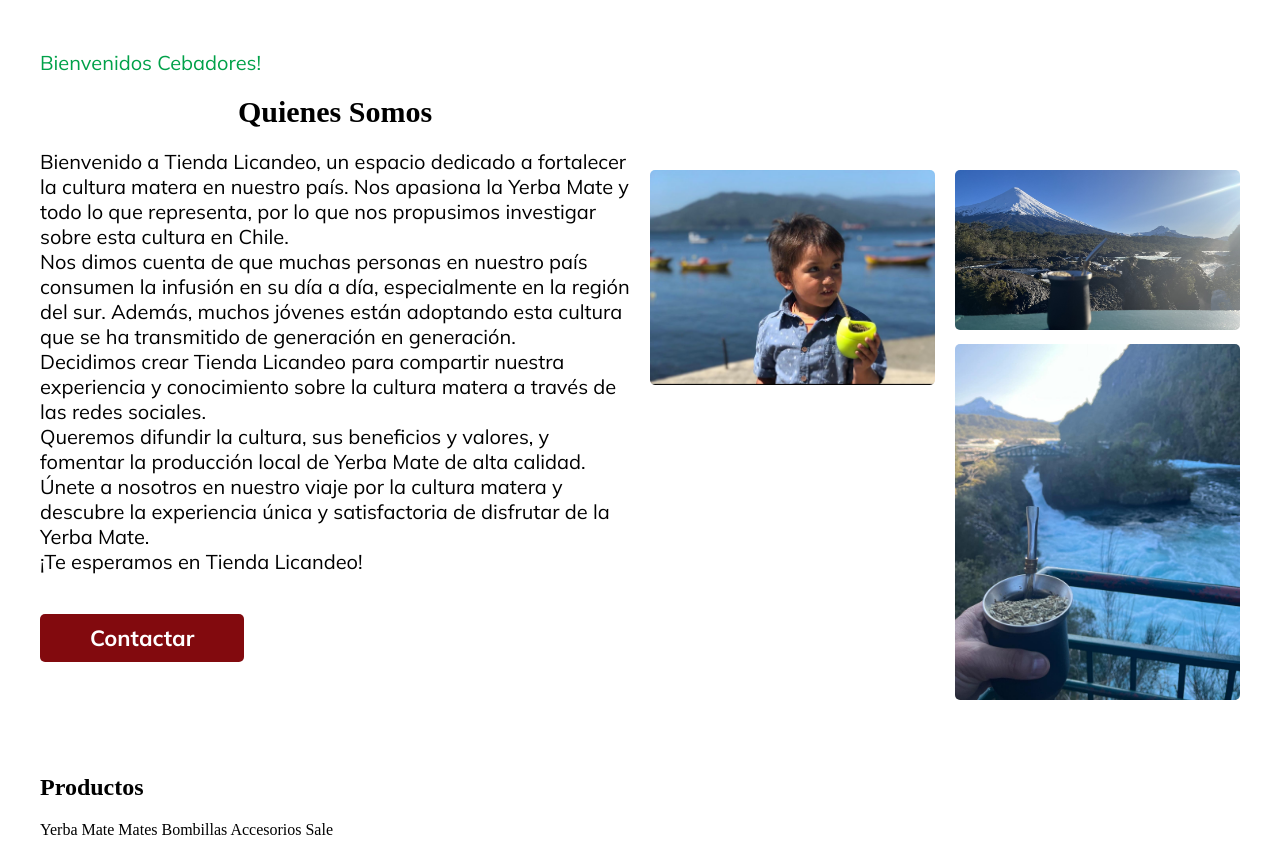
Repository: PiaTrujillo/LICANDEO-main
Page: index.html
An editor plug-in stored every save of this project. The page is shown before and after the next save, followed by the edit.
The browser window is 1280 px wide. The pictures show the part of the page from y = 748 to 1597 px (the page is 1597 px tall).
A picture or video elsewhere on the page could not be fetched, so the positions and the page height are approximate. Some web fonts or font styles are not loaded; a fallback is used. Some web libraries are served in a nearby version.

Above is the page before, as saved 2023-05-09 18:34:09.

### index.html
<!DOCTYPE html>
<html lang="es">
  <head>
    <meta charset="utf-8" />
    <meta name="viewport" content="width=device-width, initial-scale=1.0" />
    <meta http-equiv="X-UA-Compatible" content="ie=edge" />
    <title>Tienda Licandeo</title>
    <script
      src="https://kit.fontawesome.com/283335a286.js"
      crossorigin="anonymous"
    ></script>
    <!--esta informacion es para el estilo de las letras estan en google font -->
    <link rel="preconnect" href="https://fonts.googleapis.com" />
    <link rel="preconnect" href="https://fonts.gstatic.com" crossorigin />
    <link
      href="https://fonts.googleapis.com/css2?family=Arima+Madurai:wght@700&family=Mulish:wght@400;700&display=swap"
      rel="stylesheet"
    />
    <link rel="stylesheet" href="css/normalize.css" />
    <link rel="stylesheet" href="css/estilos.css" />
  </head>
  <body>
    <!--Lo sigueinte es el menu superior donde se establece el Logo y la navegacion-->
    <header class="encabezado">
      <div class="contenedor-navegacion">
        <!-- El Contenido-Navegacion es el padre de Logo y el menu de navegacion -->
        <div class="contenido-navegacion contenedor">
          <div class="logo">
            <!--colores a Licandeo-->
            <h2>
              Tienda <span class="">Li</span><span>can</span
              ><span class="">deo</span>
            </h2>
          </div>
          <nav class="navegacion ocultar">
            <a href="#">Inicio</a>
            <a href="#">Sobre Nosotros</a>
            <a href="#">Tienda</a>
            <a href="#">Ofertas</a>
            <a href="#">Tips Materos</a>
          </nav>
          <!--Se crea el menu desplegable-->
          <div class="hamburguesa"><span></span><span></span><span></span></div>
        </div>
      </div>
      <div class="contenido-header">
        <div class="contenedor-encabezado">
          <div class="texto-encabezado">
            <h2>Tienda Licandeo</h2>
            <a href="#" class="btn bordes">Un Mate</a>
          </div>
          <video autoplay loop muted>
            <source src="/videos/1portada.mp4" />
          </video>
        </div>
      </div>
    </header>
    <!--Diseño de la seccion web-->
    <div class="contenedor-nosotros contenedor">
      <div class="texto-nosotros">
        <p class="bienvenida">Bienvenidos Cebadores!</p>
        <h1>Quienes Somos</h1>
        <p>
          Bienvenido a Tienda Licandeo, un espacio dedicado a fortalecer la
          cultura matera en nuestro país. Nos apasiona la Yerba Mate y todo lo
          que representa, por lo que nos propusimos investigar sobre esta
          cultura en Chile. <br />
          Nos dimos cuenta de que muchas personas en nuestro país consumen la
          infusión en su día a día, especialmente en la región del sur. Además,
          muchos jóvenes están adoptando esta cultura que se ha transmitido de
          generación en generación. <br />
          Decidimos crear Tienda Licandeo para compartir nuestra experiencia y
          conocimiento sobre la cultura matera a través de las redes sociales.
          <br />
          Queremos difundir la cultura, sus beneficios y valores, y fomentar la
          producción local de Yerba Mate de alta calidad. <br />
          Únete a nosotros en nuestro viaje por la cultura matera y descubre la
          experiencia única y satisfactoria de disfrutar de la Yerba Mate.
          <br />
          ¡Te esperamos en Tienda Licandeo!
        </p>
        <a href="#" class="btn btn-rojo">Contactar</a>
      </div>
      <!-- Imagenes  -->
      <div class="imagenes-nosotros">
        <div class="imagen1">
          <img data-src="/imag/imagen1.JPG" alt="Mate frutillar" />
        </div>
        <div class="imagenes2">
          <img data-src="/imag/imagen2.JPG" alt="Mate salto del petrohue" />
          <img data-src="/imag/imagen3.JPG" alt="Mate concepcion" />
        </div>
      </div>
    </div>
    <!-- Menu para los productos -->
    <section class="menu contenedor">
      <!-- Titulo -->
      <h2>Productos</h2>
      <!-- Botones de productos -->
      <div class="botones-productos">
        <buton class="yerba mate">Yerba Mate</buton>
        <buton class="mates">Mates</buton>
        <buton class="bombillas">Bombillas</buton>
        <buton class="accesorios">Accesorios</buton>
        <buton class="sale">Sale</buton>
      </div>
    </section>
    <!--Se enlaza Js con Css-->
    <script src="js/app.js"></script>
  </body>
</html>

### css/estilos.css
:root{
    --azul: #0021f5;
    --verde:#00A149;
    --blanco:#fff;
    --rojo:#820a0e;
    --oscuro:#000;
    --titulos:'Arima Madurai',cursive;
    --parrafos:'Mulish', sans-serif;
}
/* Valor calculado de un contenedro padre  */
html{
    box-sizing: border-box;
    /*1rem = 10px*/
    font-size: 62.5%;
}
body{
    font-size: 1.6rem;
    overflow-x: hidden;
}

*,*::after, *::before{
    box-sizing: inherit;
}
/*        Globales              */
.contenedor{
    max-width: 120rem;
    margin: 0 auto;
    width: 95%;
}
/* fuentes para los titulo y parrafos*/
h1,h2{
    font-family: var(--titulos);
}
h3, p, a{
    font-family: var(--parrafos);
}
/* ubicacion de las imegenes */
img{
    max-width: 100%;
}
/*Estos colores se agregan al titulo con span */
.azul{
    color: var(--azul);
}
.rojo{
    color: var(--rojo);
}
.verde{
    color: var(--verde);
}
/*Que se oculte el menu*/
.ocultar{
    display: none;
    color: var(--blanco);
}
/* Color y estilos de la X */
.btn-cerrar{
    font-size: 3rem;
    font-weight: bold;
    color: var(--blanco);
    position: absolute;
    top: 0;
    right: 50px;
    user-select: none;
}
/*Al posicionar el puntero en la X aparece la mano */
.btn-cerrar:hover{
    cursor: pointer;
}
/* Para el texto Un mate que se encuentra sobre del video */
.btn{
    text-decoration: none;
    color: var(--blanco);
    font-size: 2rem;
    text-transform: capitalize;
    padding: 1rem 5rem;
    border-radius: 5px;
    transition: all .3s ease-in-out;
}
/* para moviles el texto */
@media(min-width:768px){
    .btn{
        font-size: 2.2rem;
    }
}
/* Se agrega el borde a el texto Un Mate */
.bordes{
    border: 3px solid var(--blanco);
}
@media(min-width: 768px) {
    .bordes{
        border: 4px solid var(--blanco);
    }
}
.bordes:hover{
    color: var(--verde);
    background-color: var(--blanco);
}
/* Boton abajo del texto */
.btn-rojo{
    background-color: var(--rojo);
    font-weight: bold;
    display: inline-block;
    margin-top: 2rem;
    margin-bottom: 2rem;
}
/* como se sopreponer los elementos */
.pantalla-completa{
    position: absolute;
    top: 0;
    left: 0;
    bottom: 0;
    right: 0;
    background-color: rgba(0,0,0,.5);
    z-index: 4;
}
@keyframes desplazamiento {
    0%{
        transform: translateX(100%);
    }

    100%{
        transform:translateX(0);
    }
}
/*Encabezado*/
/*color de contenedor de logo y menu*/
.contenedor-navegacion{
    background-color: var(--oscuro);
    position: relative;
    z-index: 5;
}
.contenido-navegacion{
    display: flex;
    align-items: center;
    justify-content: space-between;
}
/*color para el logo y el menu*/
.logo h2, .navegacion a {
    color: var(--blanco);
}
.logo h2{
    font-size: 3rem;
}
/* quitar las lineas ubicadas abajo del menu de navegacion*/
/* Estilos de movil*/
.navegacion a{
    text-decoration: none;
    font-size: 2.2rem;
    padding: 1.5rem;
    padding-left: 4rem;
    /* para el menu de navegacion se vea de modo vertical*/
    display: block;
    /* transicion del menu de naveghacion */
    transition: color .3s ease-in-out;
    text-align: center;
}
@media(min-width: 768px) {
    .navegacion a{
        text-align: left;
    }
}
/* colores de las letras pares e impares del menu de navegacion */
.navegacion a:nth-child(even):hover{
    color: var(--verde);
}
.navegacion a:nth-child(odd):hover{
    color: var(--verde);
}
.navegacion a:first-of-type{
    margin-top: 5rem;
}
/* para que el menu de navegacion se posicione al costado derecho*/
.navegacion{
    position: absolute;
    top: 0;
    right: 0;
    bottom: 0;
    height: 100vh;
    width: 40rem;
    padding: 3rem 4rem;
    background-color: var(--oscuro);
    animation: desplazamiento .5s ease-in-out;
}
/*Al posicionarse en el menu hamburguesa aparezca la mano */
.hamburguesa:hover{
    cursor: pointer;
}
/*Menu desplegable ubicado en index*/
.hamburguesa span{
    background-color: var(--blanco);
    display: block;
    width: 5rem;
    height: .5rem;
    margin-bottom: .5rem;
    animation: desplazamiento .5s ease-in-out;
}
/* Video */
.contenido-header{
    position: relative;
}
.contenido-header::before{
    content: '';
    position: absolute;
    top:0;
    left: 0;
    right: 0;
    bottom: 0;
    background-color: rgba(0,0,0,.5);
}
/* posicionar texto al medio del video */
.texto-encabezado{
    position: absolute;
    z-index: 2;
    width: 100%;
    height: 80%;
    display: flex;
    flex-direction: column;
    /* se alinea al centro del video el texto */
    align-items: center;
    justify-content: center;
}
.texto-encabezado h2{
    color: var(--blanco);
    font-size: 4rem;
}
/* respons para movil */
@media(min-width: 768px) {
    .texto-encabezado h2{
        font-size: 8rem;
    }
}
video{
    width: 100%;
    height: 100%;
}
/* Imagenes */
.contenedor-nosotros{
    padding-top: 5rem;
}
@media(min-width: 768px) {
    .contenedor-nosotros{
        display: flex;
        justify-content: space-between;
    }
}
.texto-nosotros, .imagenes-nosotros{
    flex: 0 0 calc(50% - 1rem) ;
}
/* Texto de las imagenes */
.texto-nosotros .bienvenida{
    font-size: 2rem;
    color: var(--verde);
    text-align: center;
}
@media(min-width: 768px) {
    .texto-nosotros .bienvenida{
        text-align: left;
    }
}
.texto-nosotros h1{
    font-size: 3rem;
    text-align: center;
}
}
@media(min-width: 768px) {
    .texto-nosotros h1{
        text-align: left;
    }
}
.texto-nosotros p{
    font-size: 2rem;
    text-align: center;
}
@media(min-width: 768px) {
    .texto-nosotros p{
        text-align: left;
    }
}
.imagenes-nosotros{
    display: flex;
    justify-content: space-between;
}
.imagen1, .imagenes2{
    flex: 0 0 calc(50% - 1rem);
}
.imagenes-nosotros img{
    border-radius: 5px;
}

.imagenes2 img{
    margin-bottom: 1rem;
}

### js/app.js
//para que el menu desaparezca//
const menu = document.querySelector('.hamburguesa');
const navegacion = document.querySelector('.navegacion');
const imagenes = document.querySelectorAll('img');

document.addEventListener('DOMContentLoaded', ()=>{
    eventos();
});

const eventos = () =>{
    menu.addEventListener('click',abrirMenu);
}
//esta funcion realiza que al momento de dar click al menu de hamburguesa se habilite el menu//
const abrirMenu = () =>{
    navegacion.classList.remove('ocultar');
    botonCerrar();
}
//Esta funciones es para que el menu de navegacion se cierre/
const botonCerrar = () =>{
    //Metodo para colocar una X al menu de navegacion//
    const btnCerrar = document.createElement('p');
    const overlay = document.createElement('div');
    overlay.classList.add('pantalla-completa');
    const body = document.querySelector('body');
    if(document.querySelectorAll('.pantalla-completa').length > 0) return;
    body.appendChild(overlay);
    btnCerrar.textContent = 'x';
    btnCerrar.classList.add('btn-cerrar');

    // while(navegacion.children[5]){
    //     navegacion.removeChild(navegacion.children[5]);
    // }
    navegacion.appendChild(btnCerrar);
    cerrarMenu(btnCerrar, overlay);
}
// imagenes de la pagina//
imagenes.forEach(imagen=>{

    imagen.src = imagen.dataset.src;
});
//Funcion para cerrar el menu de navegacion//
const cerrarMenu = (boton, overlay) =>{
    boton.addEventListener('click',()=>{
         //Cerrar navegacion//
        navegacion.classList.add('ocultar');
        overlay.remove();
        boton.remove();
    });

    overlay.onclick = function(){
        overlay.remove();
        //Cerrar navegacion//
        navegacion.classList.add('ocultar');
        boton.remove();
    }
}

Loaded but not shown: TestDjango/core/templates/core/css/normalize.css (library)

After the next save:
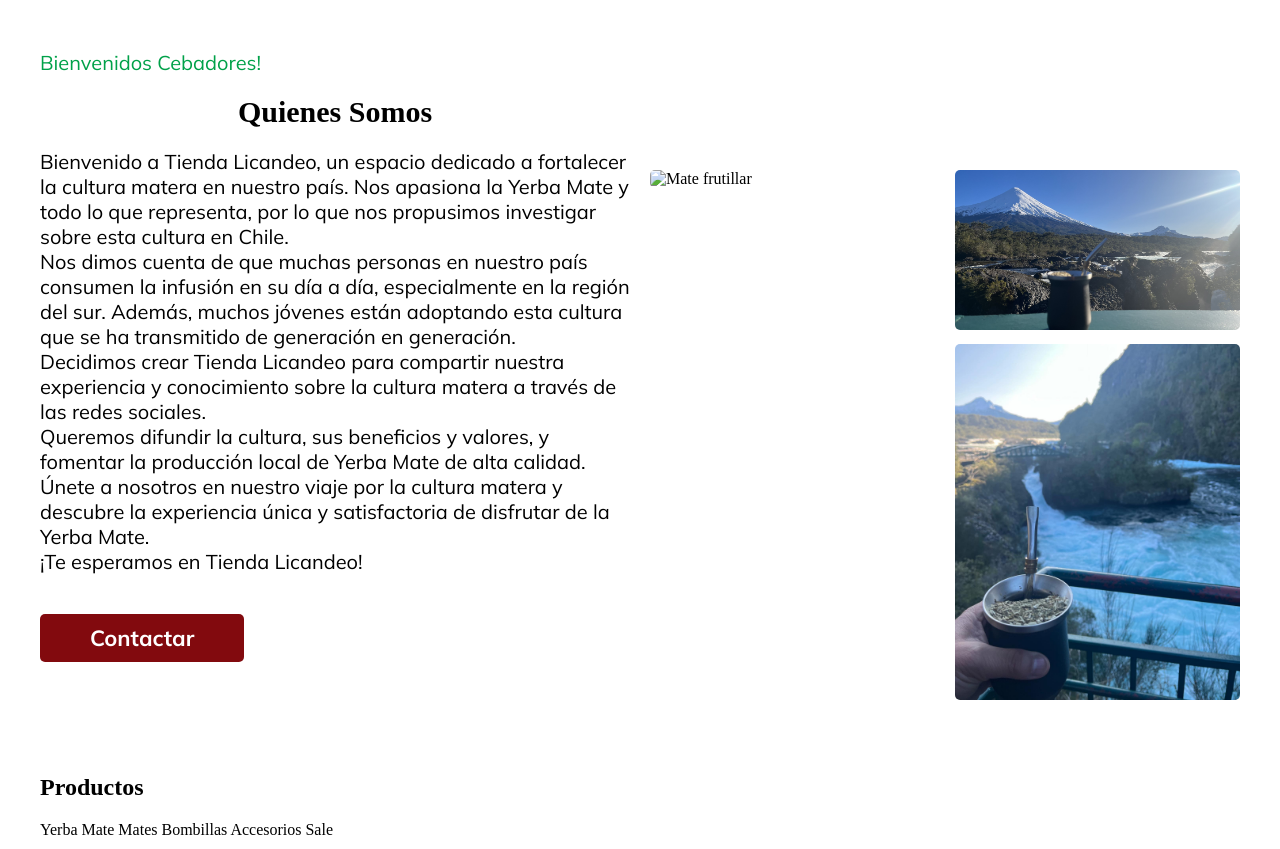
Not found: imagen1.jpeg
Saved 10 min 33 s later.
--- a/index.html
+++ b/index.html
@@ -84,7 +84,7 @@
       <!-- Imagenes  -->
       <div class="imagenes-nosotros">
         <div class="imagen1">
-          <img data-src="/imag/imagen1.JPG" alt="Mate frutillar" />
+          <img data-src="/imagen1.jpeg" alt="Mate frutillar" />
         </div>
         <div class="imagenes2">
           <img data-src="/imag/imagen2.JPG" alt="Mate salto del petrohue" />

After the save that followed:
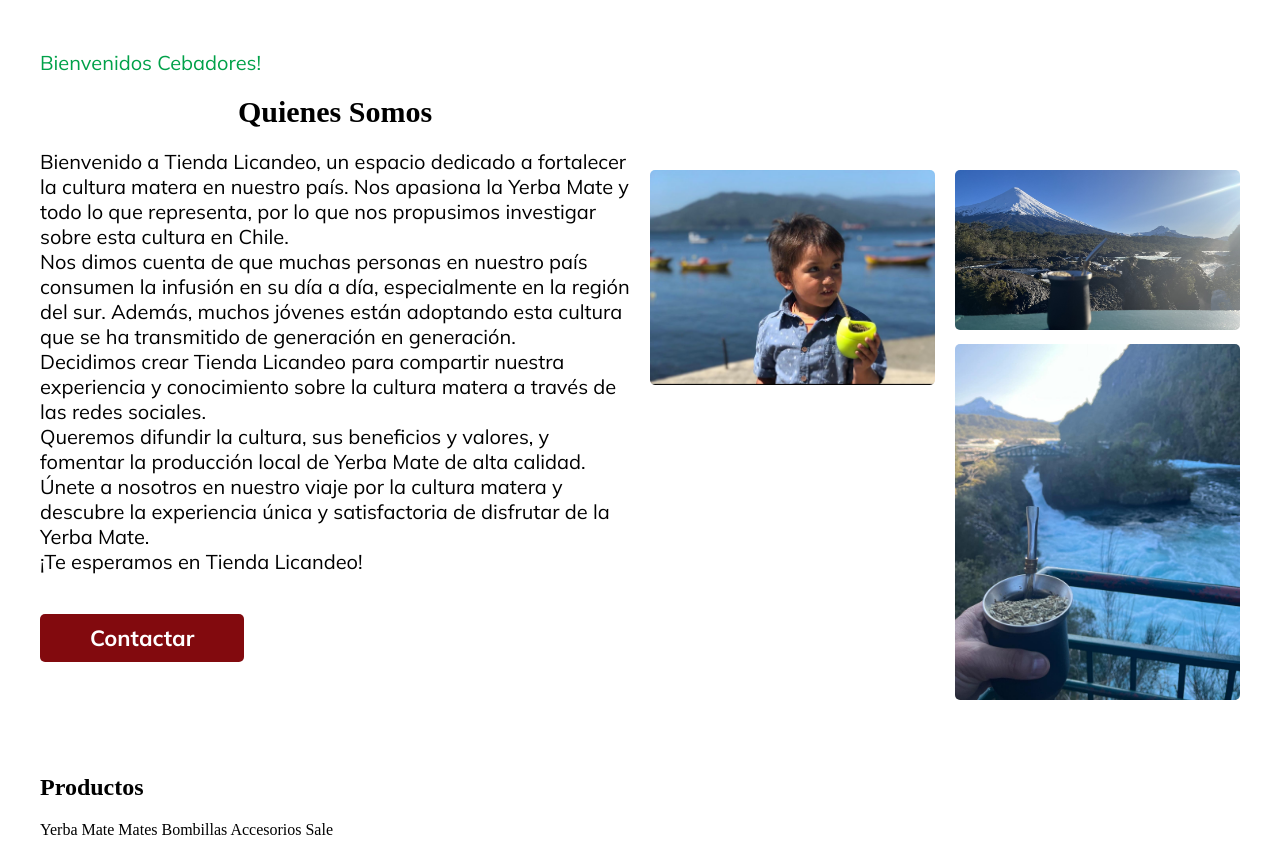
Saved 106 s later.
--- a/index.html
+++ b/index.html
@@ -84,7 +84,7 @@
       <!-- Imagenes  -->
       <div class="imagenes-nosotros">
         <div class="imagen1">
-          <img data-src="/imagen1.jpeg" alt="Mate frutillar" />
+          <img data-src="/imag/imagen1.JPG" alt="Mate frutillar" />
         </div>
         <div class="imagenes2">
           <img data-src="/imag/imagen2.JPG" alt="Mate salto del petrohue" />
@@ -96,7 +96,7 @@
     <section class="menu contenedor">
       <!-- Titulo -->
       <h2>Productos</h2>
-      <!-- Botones de productos -->
+      <!-- Botones de producto -->
       <div class="botones-productos">
         <buton class="yerba mate">Yerba Mate</buton>
         <buton class="mates">Mates</buton>
